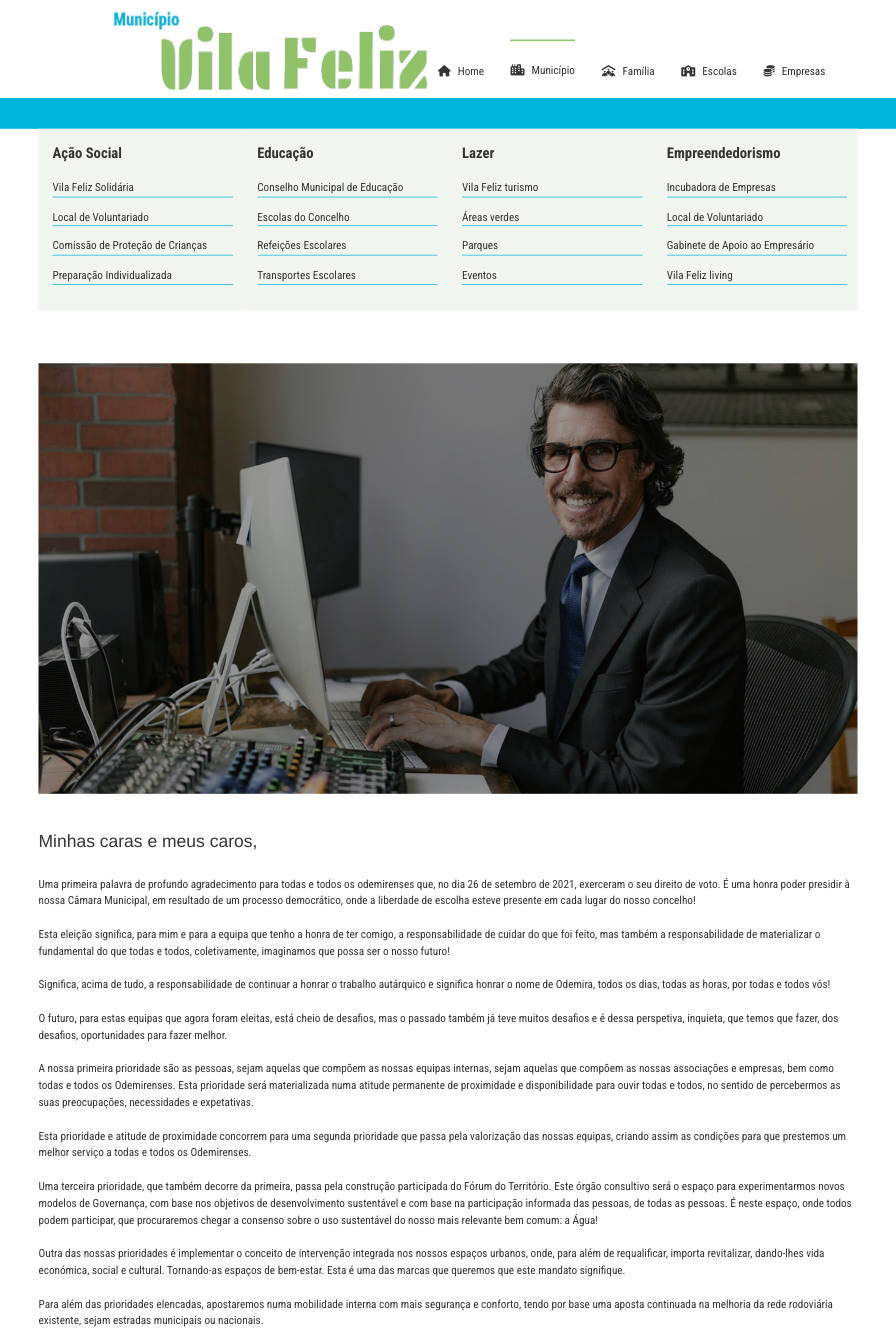
Repository: Goulart94/CmVilaFeliz
Page: municipio.html
These files come from the project's save history. The page is drawn as it stood at one moment and after the next save; the edit follows.
The browser window is 1280 px wide. The pictures show the part of the page from y = 0 to 1920 px (the page is 2803 px tall), at 70% of full size.
Some web libraries are served in a nearby version. The style sheet was rebuilt from its Sass, Less or Tailwind sources for each picture, by a compiler version that may differ from the author's.

Above is the page before, as saved 2022-05-18 10:16:43.

### municipio.html
<!doctype html>
<html class="no-js" lang="pt" dir="ltr">

<head>
    <meta charset="utf-8">
    <meta http-equiv="x-ua-compatible" content="ie=edge">
    <meta name="viewport" content="width=device-width, initial-scale=1.0">
    <title>Foundation for Sites</title>
    <link rel="stylesheet" href="./css/foundation/foundation.css">
    <link rel="stylesheet" href="https://unpkg.com/swiper@8/swiper-bundle.min.css" />
    <link rel="stylesheet" href="./css/styleCity/app.css">
    <link rel="preconnect" href="https://fonts.googleapis.com">
    <link rel="preconnect" href="https://fonts.gstatic.com" crossorigin>
    <link href="https://fonts.googleapis.com/css2?family=Roboto+Condensed:wght@400;700&display=swap" rel="stylesheet">
    <script src="https://kit.fontawesome.com/14f2d6eca8.js" crossorigin="anonymous"></script>
</head>

<body>
    <!--header-->
    <div class="ContaineHeader grid-x">
        <div class="logo cell small-4 medium-8 large-4">

            <img src="./images/imgsPgHome/logo.png" alt="logo">
        </div>
        <div class="navBar cell small-8 medium-4 large-8">
            <nav class="float-right">
                <ul id="navBar">
                    <li><a href="./home.html"><i class="fa-solid fa-house"></i>Home</a></li>
                    <li><a href="./municipio.html"><i class="fa-solid fa-city"></i>Município</a></li>
                    <li><a><i class="fa-solid fa-people-roof"></i>Família</a></li>
                    <li><a><i class="fa-solid fa-school"></i>Escolas</a></li>
                    <li><a><i class="fa-solid fa-coins"></i>Empresas</a></li>
                </ul>
            </nav>
        </div>
    </div>
    <!--section 1-->
    <section class=" containerSection ">
        <div class="ruleBlue"></div>
        <div class="contentShortcuts  grid-container ">
            <div class=" cell small-12 medium-12  large-12  grid-x ">
                <div class="cell small-3 medium-3 large-3">
                    <div class="shortcuts ">
                        <span>Ação Social</span>
                        <ul>
                            <li><a>Vila Feliz Solidária</a></li>
                            <li><a>Local de Voluntariado</a> </li>
                            <li><a>Comissão de Proteção de Crianças</a></li>
                            <li><a>Preparação Individualizada</a></li>
                        </ul>
                    </div>

                </div>
                <div class="bgGray150 cell small-3 medium-3 large-3">
                    <div class="shortcuts active">

                        <span>Educação</span>
                        <ul>
                            <li><a>Conselho Municipal de Educação</a></li>
                            <li><a>
                                    Escolas do Concelho
                                </a> </li>
                            <li><a>Refeições Escolares</a></li>
                            <li><a>Transportes Escolares</a></li>
                        </ul>
                    </div>

                </div>
                <div class="bgGray150 cell small-3 medium-3 large-3">
                    <div class="shortcuts">

                        <span>Lazer</span>
                        <ul>
                            <li><a>Vila Feliz turismo</a></li>
                            <li><a>Áreas verdes</a> </li>
                            <li><a>Parques</a></li>
                            <li><a>Eventos</a></li>
                        </ul>
                    </div>
                </div>
                <div class=" bgGray150 cell small-3 medium-3 large-3">
                    <div class="shortcuts">

                        <span>Empreendedorismo</span>
                        <ul>
                            <li><a>Incubadora de Empresas</a></li>
                            <li><a>Local de Voluntariado</a> </li>
                            <li><a>Gabinete de Apoio ao Empresário</a></li>
                            <li><a>Vila Feliz living</a></li>
                        </ul>
                    </div>
                </div>
            </div>

    </section>
    <!--section 2-->
    <section class="containerSectionTwo">
        <div class="grid-container">
            <div>
                <img src="./images/imgsPgmunicípio/presidente.jpg" alt="">
            </div>
            <div class="conatainerText">
                <p>
                    <h4>Minhas caras e meus caros,</h4><br>


                    Uma primeira palavra de profundo agradecimento para todas e todos os odemirenses que, no dia 26 de
                    setembro de 2021, exerceram o seu direito de voto. É uma honra poder presidir à nossa Câmara
                    Municipal, em resultado de um processo democrático, onde a liberdade de escolha esteve presente em
                    cada lugar do nosso concelho! <br><br>

                    Esta eleição significa, para mim e para a equipa que tenho a honra de ter comigo, a responsabilidade
                    de cuidar do que foi feito, mas também a responsabilidade de materializar o fundamental do que todas
                    e todos, coletivamente, imaginamos que possa ser o nosso futuro! <br><br>

                    Significa, acima de tudo, a responsabilidade de continuar a honrar o trabalho autárquico e significa
                    honrar o nome de Odemira, todos os dias, todas as horas, por todas e todos vós!<br><br>

                    O futuro, para estas equipas que agora foram eleitas, está cheio de desafios, mas o passado também
                    já teve muitos desafios e é dessa perspetiva, inquieta, que temos que fazer, dos desafios,
                    oportunidades para fazer melhor.<br><br>

                    A nossa primeira prioridade são as pessoas, sejam aquelas que compõem as nossas equipas internas,
                    sejam aquelas que compõem as nossas associações e empresas, bem como todas e todos os Odemirenses.
                    Esta prioridade será materializada numa atitude permanente de proximidade e disponibilidade para
                    ouvir todas e todos, no sentido de percebermos as suas preocupações, necessidades e
                    expetativas.<br><br>

                    Esta prioridade e atitude de proximidade concorrem para uma segunda prioridade que passa pela
                    valorização das nossas equipas, criando assim as condições para que prestemos um melhor serviço a
                    todas e todos os Odemirenses.<br><br>

                    Uma terceira prioridade, que também decorre da primeira, passa pela construção participada do Fórum
                    do Território. Este órgão consultivo será o espaço para experimentarmos novos modelos de Governança,
                    com base nos objetivos de desenvolvimento sustentável e com base na participação informada das
                    pessoas, de todas as pessoas. É neste espaço, onde todos podem participar, que procuraremos chegar a
                    consenso sobre o uso sustentável do nosso mais relevante bem comum: a Água!<br><br>

                    Outra das nossas prioridades é implementar o conceito de intervenção integrada nos nossos espaços
                    urbanos, onde, para além de requalificar, importa revitalizar, dando-lhes vida económica, social e
                    cultural. Tornando-as espaços de bem-estar. Esta é uma das marcas que queremos que este mandato
                    signifique.<br><br>

                    Para além das prioridades elencadas, apostaremos numa mobilidade interna com mais segurança e
                    conforto, tendo por base uma aposta continuada na melhoria da rede rodoviária existente, sejam
                    estradas municipais ou nacionais.<br><br>

                    Procuraremos aumentar a atratividade de Odemira para os nossos jovens, queremos investir em modelos
                    e formas de promoção de habitação que permitam a sua autonomia sem que, com isso, hipotequem o seu
                    futuro. Queremos apostar em modelos de apoio à concretização de projetos de vida onde o receio do
                    risco e a realidade de falhar se constituam, apenas, como um processo de aprendizagem para uma nova
                    tentativa. Queremos investir em ecossistemas criativos e culturais onde os jovens participem e
                    sintam realização social. Sintam que é aqui que querem viver e trabalhar!<br>

                    Mais do que olharmos para os dilemas entre os diferentes territórios dentro do nosso concelho,
                    queremos fomentar a coesão territorial com equidade, puxando pelo valor diferenciado de cada lugar,
                    olhando e intervindo de forma diferente sobre o que é diferente. É neste modelo que devemos assumir,
                    com cada Junta de Freguesia, o reforço de uma parceria bilateral que signifique a melhoria da
                    qualidade de vida de cada um dos Odemirenses.<br><br>

                    Finalmente, importa apenas acrescentar a centralidade que queremos dar ao nosso património. Nesta
                    dimensão, procuraremos revisitar o programa de exposições definido no projeto “o museu somos todos”,
                    encararemos a programação cultural num modelo transversal onde todos os públicos e todas as
                    expressões artísticas possam contribuir para a nossa afirmação coletiva, e, construiremos de forma
                    participada, em 2022, uma estratégia local de valorização do património cultural que nos permita uma
                    ação de médio longo prazo.<br>

                    Em resumo, no mandato que agora se inicia, procuraremos, com humildade, respeitar uma das premissas
                    fundamentais na política: Não podemos deixar ninguém para trás porque não podem existir pessoas
                    invisíveis! Todas e todos contam! Todas e todos contarão!

                    Tal como disse Herman Hess eu “não sou aquele que sabe, mas aquele que procura!” e é por isso mesmo,
                    que esta grande equipa que agora constituímos, procurará, com coragem, respeitar o legado de
                    construções e de conquistas que recebemos.<br><br>

                    Procurará, com convicção, aprofundar o processo democrático de que somos guardiões.<br><br>

                    E procurará, com paixão, dar tudo o que somos e temos por este sonho permanente que é Vila
                    Feliz.<br><br>


                    Jorge Jesus,<br>

                    O Presidente da Câmara Municipal de Odemira
                </p>
            </div>

        </div>
    </section>


    <!--Footer-->
    <div class="footer">
        <div class="containerImg">
         <img src="./images/svg/portugal-2020-vector-logo.svg" alt="">
        </div>
    </div>







    <script src="js/vendor/jquery.js"></script>
    <script src="js/vendor/what-input.js"></script>
    <script src="js/vendor/foundation.js"></script>
    <script src="js/app.js"></script>
    <script src="https://unpkg.com/swiper/swiper-bundle.min.js"></script>
    <script src="./js/control.js"></script>



</body>

</html>

### css/styleCity/app.scss
//style Globol

* {
    margin: 0;
    padding: 0;
    color: var(--gray-900);
    box-sizing: border-box;


  }
    a {
      color: inherit;
      text-decoration: inherit;
    }

    button:hover {
      cursor: pointer;
    }

    a:hover {
      cursor: pointer;
    }

  //colors
  :root {


    --white: #FFFFFF;
    --gray-150: #f0f5ef;
    --green-300: #8FC269;
    --blue-300: #00B5DB;
    --gray-900: #343434;
  }

  //Fonts Google

  body {
    background-color: var(--white);
    font-family: Roboto Condensed, sans-serif;
    color: var(--gray-900);
  }

  //Header ---------------------------------

  .ContaineHeader {
    width: 100%;
    height: 140px;

    display: flex;
    align-items: flex-end;
    background-color: var(--white);




    .logo {
      margin-bottom: 10px;

      img {
        margin-left: 162px;
        max-width: 450px;
      }

    }

    .navBar {
      nav {
        margin-right: 100px;

        ul {
          display: flex;
          list-style-type: none;
          justify-items: flex-end;

          li {

            margin-bottom: 16px;
            margin-left: 20px;

             a{

              line-height: 83px;
              height: 52px;
              margin-left: 16px;
              padding: 1px;
              display: block;
              position: relative;

              border-top: 3px solid var(--white);
              border-radius: 2px;

              transition: 0.3s;

              i{
                margin-right: 10px;
                color: var(--gray-900);
              }

             }
            a:hover{

              border-top: 3px solid var(--blue-300);

            }

            .active{
              line-height: 5rem;
              border-top: 3px solid var(--green-300);
              border-radius: 2px;

           }

          }
        }
      }
    }
  }








 // section 1 --------------------------------------

  .bgGray150 {
    background: var(--gray-150);
  }

  .bgGray50 {
    background: var(--white);
  }
  //formas cabeçalho das sections 4, 5, 6
  .ruleBlue{
    width: 100%;
    height: 43.8px;
    background: var(--blue-300);
  }

  .containerSection {
    width: 100%;



    .contentShortcuts {

      width: 100%;
      .shortcuts {
        height: 100%;
        padding-top: 20px;
        padding-bottom: 20px;
        background: var(--gray-150);


        h3 {

          font-weight: 400;
          background: var(--green-300);
          text-align: center;
          margin-bottom: 30px;
        }

        span {
          margin: 20px;
          font-size: 21px;
          font-weight: 700;
        }

        ul {
          margin-top: 20px;
          list-style-type: none;

          li {
            margin-bottom: 15px;
            margin-right: 15px;
            border-bottom: 1px solid var(--blue-300);
          }
        }

        a:hover {
          font-weight: 700;
        }

        &:hover{

             background: var(--white);

           box-shadow: 0px 14px 7px -10px var(--green-300);
        }
      }
    }

    .shortcutsDirect{
      margin-top: 20px;
      height: 200px;
      display: flex;
      align-items: center;
      justify-content: space-around;


       .link{
      background: var(--white);
       display:flex;
       align-items: center;
       text-align: center;
       width: 22%;
       height: 90%;
       border: 3px solid var(--blue-300);
       border-radius: 10px;
       transition: 0.3s;
        span{

          margin: 0 auto;
        }
       }
       .link:hover{
         cursor: pointer;
         transform: scale(1.1);
       }

    }

  }
  //section ----------------------------------

  .containerSectionTwo{

    margin-top: 76px;
    margin-bottom: 76px;

    img{
      filter: brightness(0.6);
    }

    .conatainerText{
      p{
        margin-top: 50px;
      }
    }

  }






  //footer-----------------------------------------------

  .footer{
    width: 100%;
    height: 300px;
    background: #343434;

    .containerImg{
      width: 100%;
      display: flex;

      img{
      margin: 0 auto;
      width: 400px;
      height: 300px;
      }
    }
  }

Loaded but not shown: js/vendor/jquery.js (library); js/vendor/what-input.js (library); js/vendor/foundation.js (library); js/control.js (6 lines, source omitted); js/app.js (1 lines, source omitted); css/foundation/foundation.scss (6468 lines, source omitted)

After the next save:
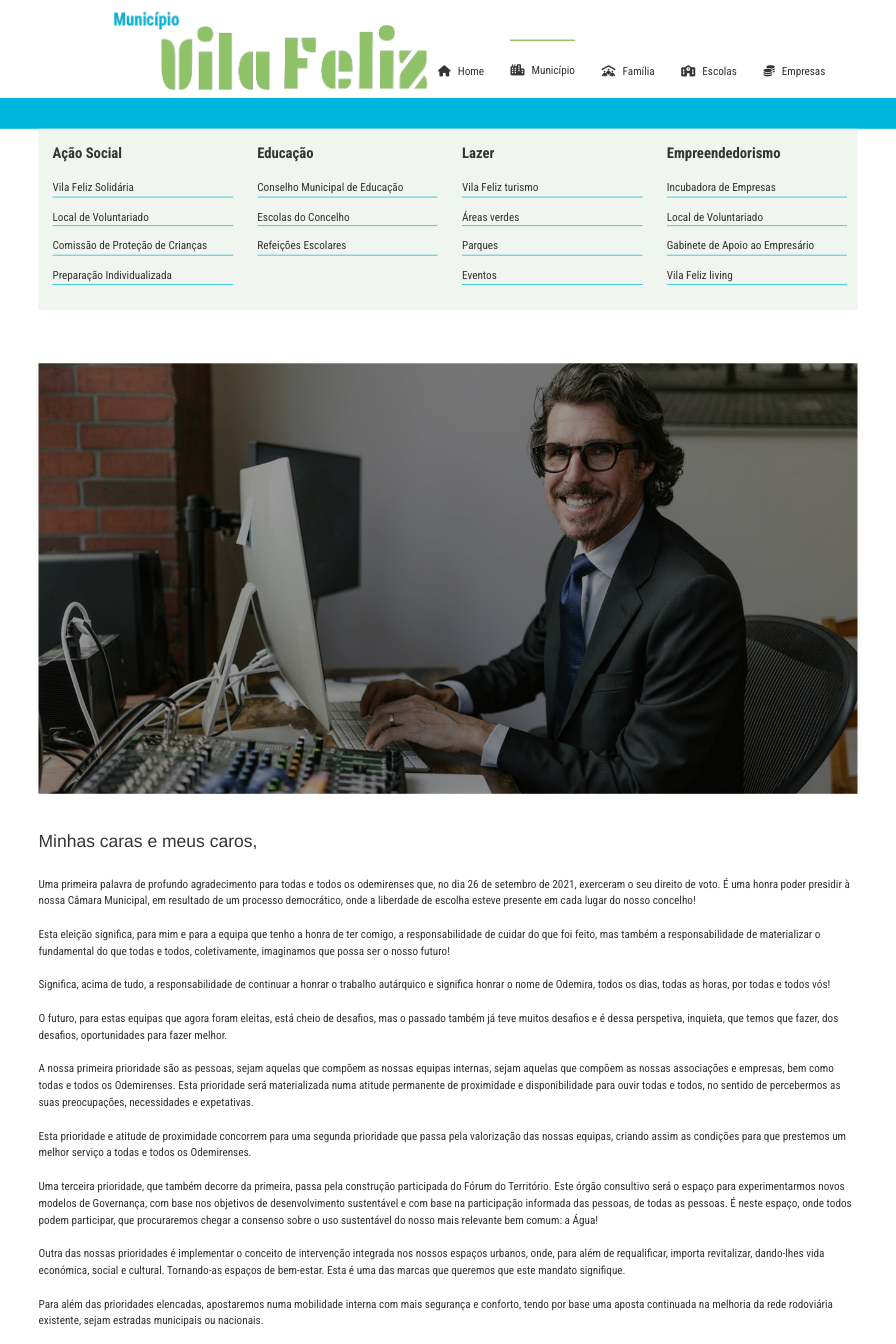
Saved 10 min 34 s later.
--- a/municipio.html
+++ b/municipio.html
@@ -57,11 +57,9 @@
                         <span>Educação</span>
                         <ul>
                             <li><a>Conselho Municipal de Educação</a></li>
-                            <li><a>
-                                    Escolas do Concelho
-                                </a> </li>
+                            <li><a>Escolas do Concelho</a> </li>
                             <li><a>Refeições Escolares</a></li>
-                            <li><a>Transportes Escolares</a></li>
+                            <!-- <li><a>Transportes Escolares</a></li> -->
                         </ul>
                     </div>
 
